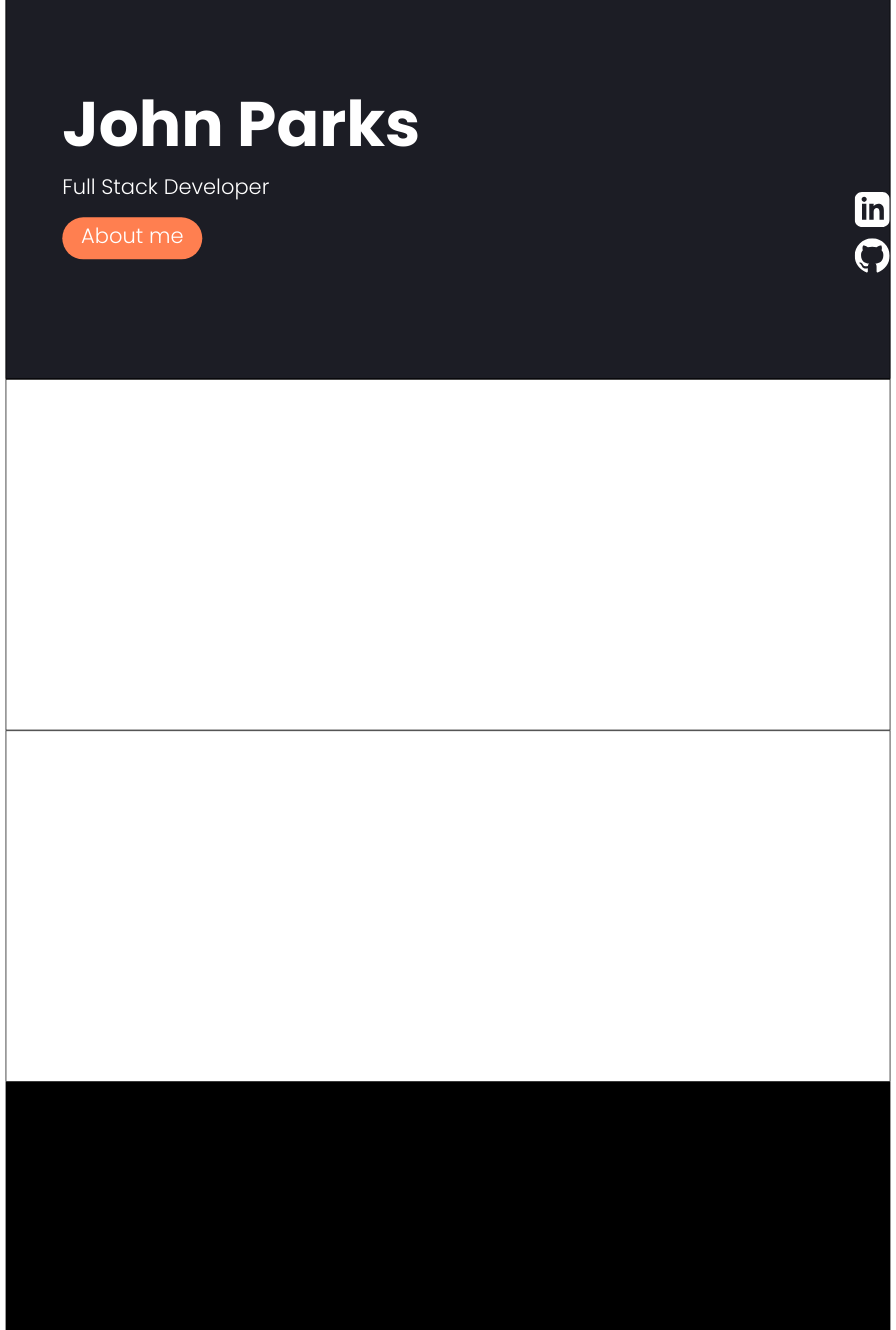
Repository: Jcparks84/Portfolio
Page: index.html
The author's editor kept a copy of each file at every save. The page is drawn from the files as they stood at one save, then again after a run of saves.
The browser window is 1280 px wide. The pictures show the part of the page from y = 189 to 2089 px (the page is 2242 px tall), at 70% of full size.
A picture or video elsewhere on the page could not be fetched, so the positions and the page height are approximate.

Above is the page before, as saved 2022-08-10 15:15:01.

### index.html
<!DOCTYPE html>
<html>
    <head>
        <link rel="stylesheet" href="src/styles.css"/>
        <link rel="preconnect" href="https://fonts.googleapis.com">
        <link rel="preconnect" href="https://fonts.gstatic.com" crossorigin>
        <link href="https://fonts.googleapis.com/css2?family=Poppins:wght@300;400;600;700;800&display=swap" rel="stylesheet">
        <title>Portfolio</title>
        <meta charset="UTF-8" />
    </head>
    <body>
        <section class="hero">
            <nav>
                <img class="logo" src="src/images/coding-png-11.png" alt="John's Logo"/>
                <ul>
                    <li>About Me</li>
                    <li>Projects</li>
                    <li>Contact Me</li>
                </ul>
            </nav>
            <div class="hero-area">
                <div class="hero-text">
                <h1>John Parks</h1>
                <p>Full Stack Developer</p>
                <div class="button">About me</div>
            </div>
            <div class="socials">
                <div class="social">
                    <svg xmlns="http://www.w3.org/2000/svg" fill="#ffffff" width="50" height="50" viewBox="0 0 24 24"><path d="M19 0h-14c-2.761 0-5 2.239-5 5v14c0 2.761 2.239 5 5 5h14c2.762 0 5-2.239 5-5v-14c0-2.761-2.238-5-5-5zm-11 19h-3v-11h3v11zm-1.5-12.268c-.966 0-1.75-.79-1.75-1.764s.784-1.764 1.75-1.764 1.75.79 1.75 1.764-.783 1.764-1.75 1.764zm13.5 12.268h-3v-5.604c0-3.368-4-3.113-4 0v5.604h-3v-11h3v1.765c1.396-2.586 7-2.777 7 2.476v6.759z"/></svg>
                </div>
                <div class="social">
                    <svg xmlns="http://www.w3.org/2000/svg" fill="#ffffff" width="50" height="50" viewBox="0 0 24 24"><path d="M12 0c-6.626 0-12 5.373-12 12 0 5.302 3.438 9.8 8.207 11.387.599.111.793-.261.793-.577v-2.234c-3.338.726-4.033-1.416-4.033-1.416-.546-1.387-1.333-1.756-1.333-1.756-1.089-.745.083-.729.083-.729 1.205.084 1.839 1.237 1.839 1.237 1.07 1.834 2.807 1.304 3.492.997.107-.775.418-1.305.762-1.604-2.665-.305-5.467-1.334-5.467-5.931 0-1.311.469-2.381 1.236-3.221-.124-.303-.535-1.524.117-3.176 0 0 1.008-.322 3.301 1.23.957-.266 1.983-.399 3.003-.404 1.02.005 2.047.138 3.006.404 2.291-1.552 3.297-1.23 3.297-1.23.653 1.653.242 2.874.118 3.176.77.84 1.235 1.911 1.235 3.221 0 4.609-2.807 5.624-5.479 5.921.43.372.823 1.102.823 2.222v3.293c0 .319.192.694.801.576 4.765-1.589 8.199-6.086 8.199-11.386 0-6.627-5.373-12-12-12z"/></svg>
                </div>
            </div>
        </div>
        </section>
        <section></section>
        <section></section>
        <footer></footer>

        <script src="src/app.js"></script>
    </body>
</html>

### src/styles.css
body {
    font-family: 'Poppins', sans-serif;

}

section {
    height: 500px;
    background-color: white;
    border: solid black 1px;
}

.hero {
    background-color: #1c1d25;
    height: 100vh;
    color: white;
    font-size: 40px;
}

footer {
    height: 500px;
    background-color: black;
}

nav {
    display: flex;
    justify-content: space-between;
}

ul {
    display: flex;
    list-style-type: none;
    width: 500px;
    justify-content: space-around;
    font-size: 30px;
}

li {
    text-decoration: none;
}

h1 {
    font-size: 90px;
    margin: 0;
}

p {
    margin: 0;
    font-size: 30px;
    font-weight: 300;
}

.hero-area {
    display: flex;
    height: 100%;
    justify-content: space-between;
    align-items: center;
}

.hero-text {
    margin-left: 80px;
    margin-bottom: 200px;
}

.button {
    width: 200px;
    height: 55px;
    border-radius: 30px;
    background-color: coral;
    text-align: center;
    font-size: 30px;
    font-weight: 300;
    padding-top: 5px;
    margin-top: 20px;
}

.button:hover {
    background-color: #ef744b;
}

.button:active {
    background-color: #A9A9A9;
    color: #808080;
}

.social-class {
    padding-bottom: 200px;
}

.logo {
    height: 100px;
    margin: 30px;
}

.soc

Loaded but not shown: src/app.js (no stored copy; drawn as an empty file)

After the next 3 saves:
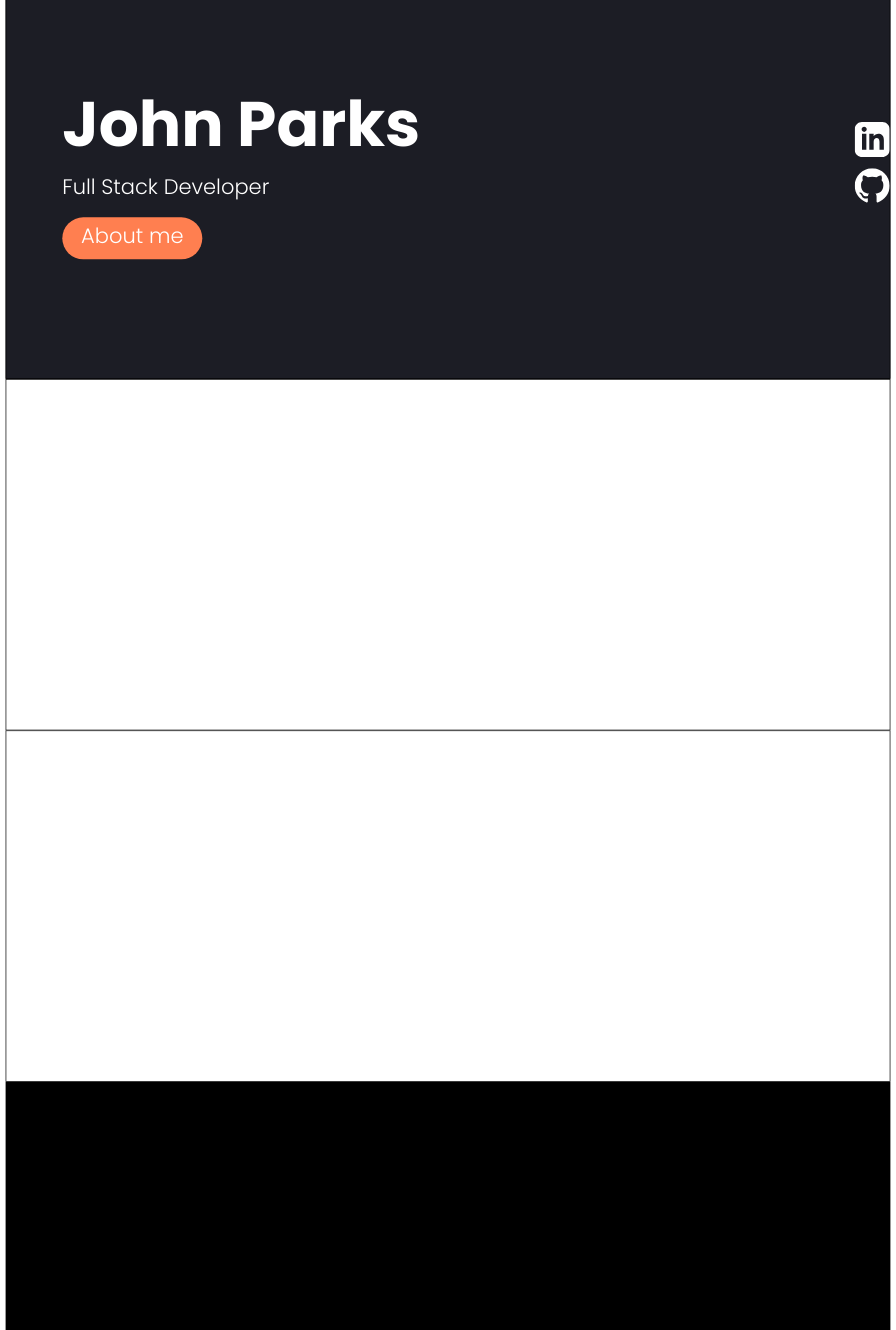
The 3 saves are shown as one change because they came seconds apart.
The last was saved 27 s later.
--- a/src/styles.css
+++ b/src/styles.css
@@ -82,7 +82,7 @@ p {
     color: #808080;
 }
 
-.social-class {
+.socials {
     padding-bottom: 200px;
 }
 
@@ -91,4 +91,6 @@ p {
     margin: 30px;
 }
 
-.soc
+.social {
+
+}
